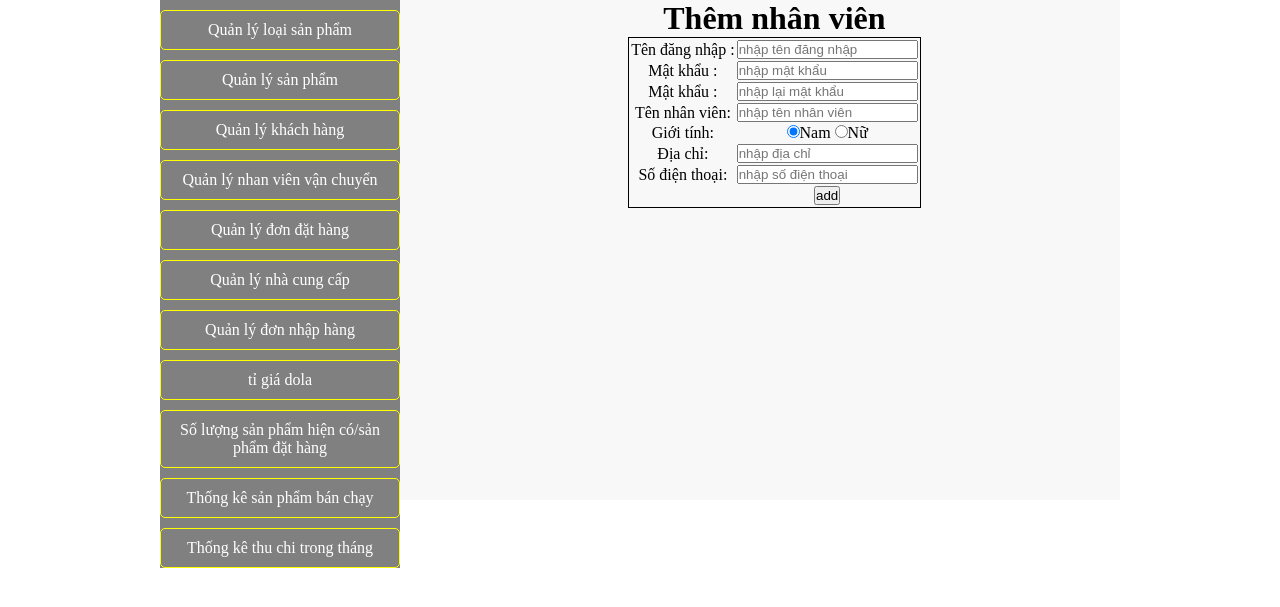
Repository: tranminhtam92/web
Page: http://localhost/demoview/admin/AddEmployee.jsp
The author's editor kept a copy of each file at every save. The page is drawn from the files as they stood at one save, then again after the next save.
The browser window is 1280 px wide. The pictures show the whole page.
The page is served by Tomcat 9. The template is opened directly, without the code that normally fills it, so the values that code supplies are empty.

Above is the page before, as saved 2016-12-27 07:35:00.

After the next save:
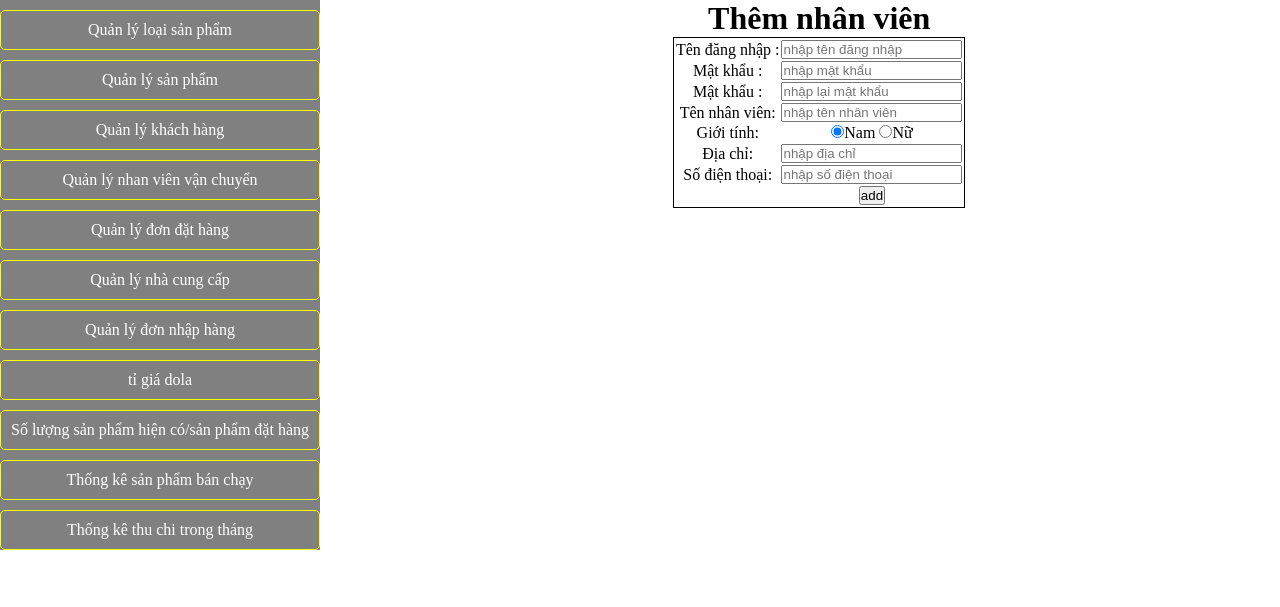
Saved 87 s later.
--- a/Code/demoview/WebContent/admin/Adminstyle.css
+++ b/Code/demoview/WebContent/admin/Adminstyle.css
@@ -99,15 +99,28 @@ a{
 	font-size: 15px;
 	text-decoration: line-through;
 }
-li{ list-style: none;}
-a{text-decoration: none;color: #FFF;font-size: 16px;}
-.clear{ clear: both;}
-.wrapper{ width: 960px; height: 500px; background: #F8F8F8; margin: 0px auto; }
-.main_menu{ background: #00A69B; margin-top: 30px;}
-.main_menu>ul>li{ float: left;padding: 11px 27px; position: relative; border-right: 1px dotted #ACACAC;}
-.main_menu>ul>li:last-child{ border-right: none;}
-.main_menu>ul>li>ul{ display: none; position: absolute; background: #00A69B;top: 41px;width: 198px; left: 0px;}
-.main_menu>ul>li:hover ul{ display: block;}
-.main_menu ul li:hover{ background: #5F5C5C; transition: all 0.25s;}
-.main_menu>ul>li>ul>li{ padding: 5px 10px;}
-.main_menu>ul>li>ul>li{ border-bottom: 1px dotted #ACACAC;}
+.nav{
+	width: 100%;
+	height: 50px;
+	background-color:#1E90FF;
+}
+#menu{
+	width:60%;
+	float: left;
+}
+#menu ul li{
+	float:left;
+	padding:2%;
+	list-style: none;
+}
+#account{
+	width:30%;
+	float: right;
+	margin-right: 2%;
+}
+#account ul li{
+	float:right;
+	padding:3%;
+	list-style: none;
+
+	}
